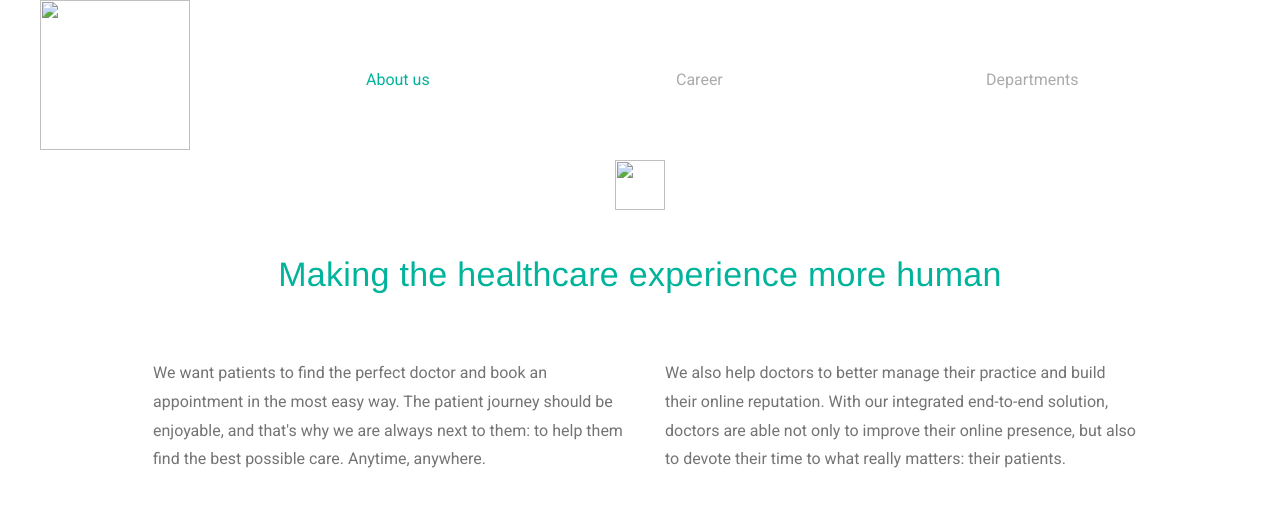
Repository: Hassanine-jaouadi/docplanner
Page: doc-panner.html
These files come from the project's save history. The page is drawn as it stood at one moment and after the next save; the edit follows.
The browser window is 1280 px wide. The pictures show the whole page.
Some web libraries are served in a nearby version.

Above is the page before, as saved 2020-01-17 10:41:27.

### doc-panner.html
<!DOCTYPE html>
<html lang="en">
<!--  the head -->

<head>
    <title> Docplanner Group </title>
    <meta charset="UTF-8">
    <meta name="viewport" content="width=device-width, initial-scale=1.0">
    <link rel="stylesheet" href="style.css">
    <link rel="icon" href="file:///Users/hjaouadi/Documents/Wistia/Doc-planner/it.docplanner-w130.png" type="image/gif"
        sizes="16x16">

    <script src="https://kit.fontawesome.com/7e294a499a.js" crossorigin="anonymous"></script>
    <link href="https://fonts.googleapis.com/css?family=Roboto&display=swap" rel="stylesheet">

</head>

<!--  the body -->

<body>
    <nav class=" flex-container">
        <ul class="flex-container">
            <li> <img src="file:///Users/hjaouadi/Documents/Wistia/Doc-planner/logo-default-group-en.svg"
                    class="docplanner-nav-logo" width="150" height="150" /></li>
            <li> <a href="https://www.docplanner.com/about-us" class=" is-current"> About us</a> </li>
            <li> <a href="https://www.docplanner.com/career" class="flex-item">Career</a> </li>
            <li> <a href="https://www.docplanner.com/departments" class="flex-item">Departments</a> </li>
        </ul>
    </nav>

    <div class="logo-under-nav"><img src="file:///Users/hjaouadi/Documents/Wistia/Doc-planner/it.docplanner-w130.png"
            width="50" height="50" />
    </div>

    <h1 class="main-h1"> Making the healthcare experience more human </h1>

    <!--  first two paragraphs -->
    <div class="first-two-paragraphs">
        <p class="paragraph-1">
            We want patients to find the perfect doctor and book an appointment in the most easy way. The patient
            journey should be enjoyable, and that's why we are always next to them: to help them find the best possible
            care. Anytime, anywhere.
        </p>

        <p class="paragraph-2">
            We also help doctors to better manage their practice and build their online reputation. With our integrated
            end-to-end solution, doctors are able not only to improve their online presence, but also to devote their
            time to what really matters: their patients.
        </p>

    </div>
</body>

</html>

### style.css
html,body
{
    width: 100%;
    height: 100%;
    margin: 0px;
    padding: 0px;
    overflow-x: hidden;
}
body {
    font-family: Helvetica Neue,Helvetica,Arial,sans-serif;
    color: #747474;
    -webkit-font-smoothing: antialiased;
}

* {
    box-sizing: border-box;
    margin: 0;
    font-family: 'Roboto', sans-serif;
    background-color: ffff;
    line-height: 1.8 ;

}

/* nav bar flex container */
.flex-container{
    display: flex;
    justify-content: space-between;
    align-items: center;
    justify-content: end;
    justify-content: right;
    width: 100%;
}

.flex-item {
    flex: 1;
    justify-content: flex-end;
   justify-items: flex-end;
}


.flex-container  a {
    color: #ababab;
    padding: 12px 16px;
    text-decoration: none ;
    display: block;

  }

.is-current {
    color: #00b39b !important;
}


  li {
      list-style: none;
      flex: 3;
 }

  .flex-container > :nth-child(1) {
    display: ri;
  }

 /* image under nav */

 .logo-under-nav {
     display: flex;
     justify-content: center;
 }

 div.logo-under-nav{
     width:100%;
 }

 /* the main h1 */
 h1  {
    display: flex;
    align-items: center;
    justify-content: center;
    margin: 1em 0;
    font-family: Helvetica Neue,Helvetica,Arial,sans-serif;
    font-weight: 300;
    letter-spacing: .3px;
    font-size: 2.125rem;
    color: #00b39b;
 }

 /* first two paragraphs  */
.first-two-paragraphs{
    display: flex;
    justify-content: center;
    justify-content: space-between;
    width:80%;

    margin-top: 0px;
    margin-right: 20px;
    margin-bottom: 0px;
    margin-left: 133px;

}

.paragraph-1{
    width: 50%;
    text-align: left;
    margin: 20px;
}
.paragraph-2{
    width: 50%;
    text-align: left;
    margin: 20px;
}

After the next save:
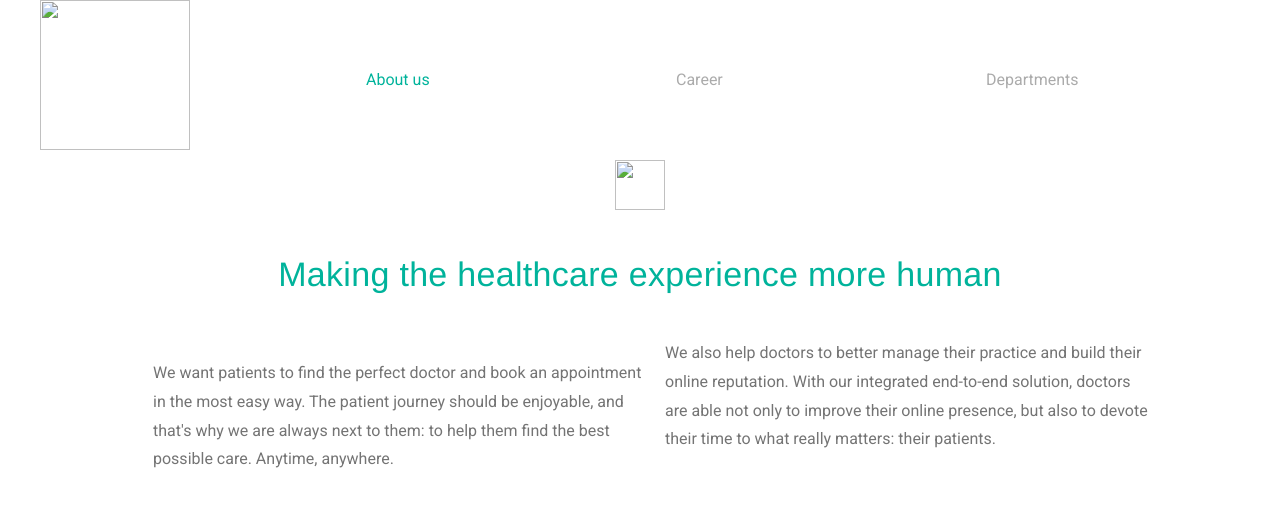
Saved 18 min 46 s later.
--- a/style.css
+++ b/style.css
@@ -106,5 +106,25 @@ body {
 .paragraph-2{
     width: 50%;
     text-align: left;
-    margin: 20px;
+    width: 50%;
 }
+
+ /* first two boxes for Patients and for Doctors */
+ .first-two-boxes{
+    display: flex;
+    justify-content: center;
+    justify-content: space-between;
+    width:80%;
+
+    margin-top: 0px;
+    margin-right: 20px;
+    margin-bottom: 0px;
+    margin-left: 133px;
+
+ }
+
+ .box-for-patients {
+    width: 50%;
+    width: 50%;
+    background-color: #00ccb1;
+ }
